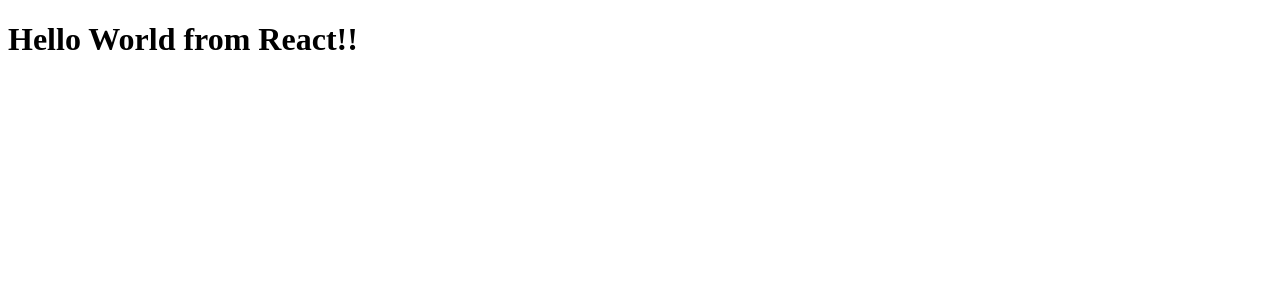
Repository: SrijanaGupta/lets-react
Page: index.html
An editor plug-in stored every save of this project. The page is shown before and after a run of saves, followed by the edit.
The browser window is 1280 px wide. The pictures show the whole page.

Above is the page before, as saved 2024-07-04 20:49:38.

After the next 2 saves:
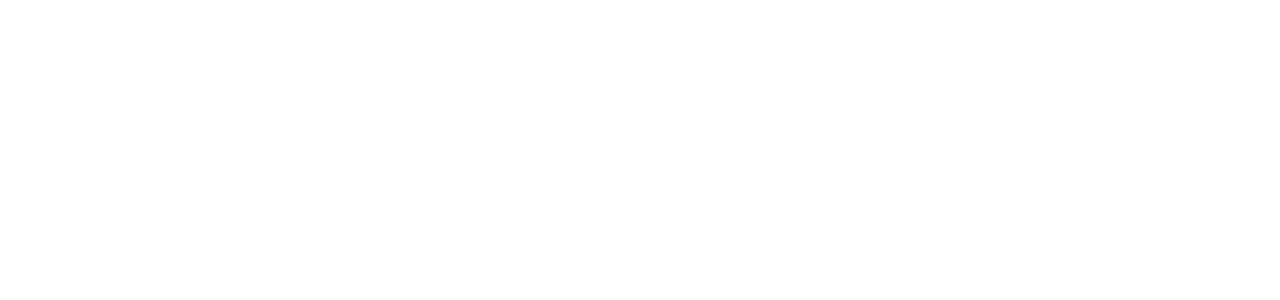
Console error: ReferenceError: Cannot access 'heading' before initialization
The 2 saves are shown as one change because they came seconds apart.
The last was saved 17 s later.
--- a/App.js
+++ b/App.js
@@ -1,3 +1,3 @@
-const heading = React.createElement('h1', {}, 'Hello World from React!!');
+const heading = React.createElement('h1', {id:heading}, 'Hello World from React!!');
 const root = ReactDOM.createRoot(document.getElementById('root'));
 root.render(heading);

After the 2 saves that followed:
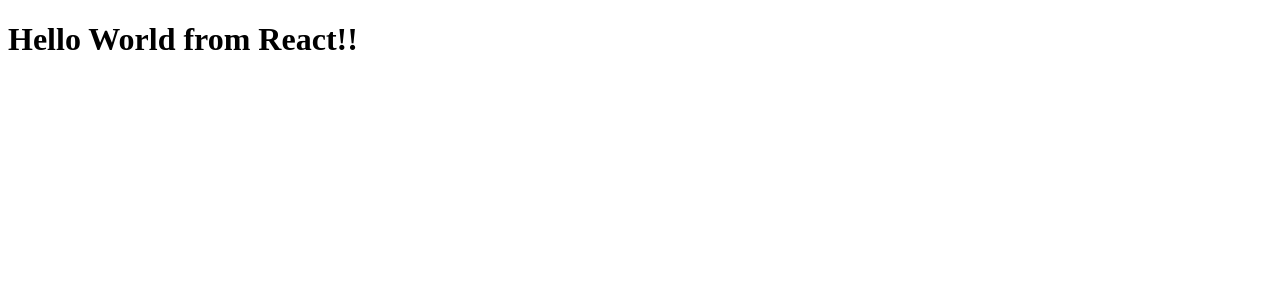
The error is gone.
The 2 saves are shown as one change because they came seconds apart.
The last was saved 24 s later.
--- a/App.js
+++ b/App.js
@@ -1,3 +1,3 @@
-const heading = React.createElement('h1', {id:heading}, 'Hello World from React!!');
+const heading = React.createElement('h1', {id:"heading"}, 'Hello World from React!!');
 const root = ReactDOM.createRoot(document.getElementById('root'));
 root.render(heading);
